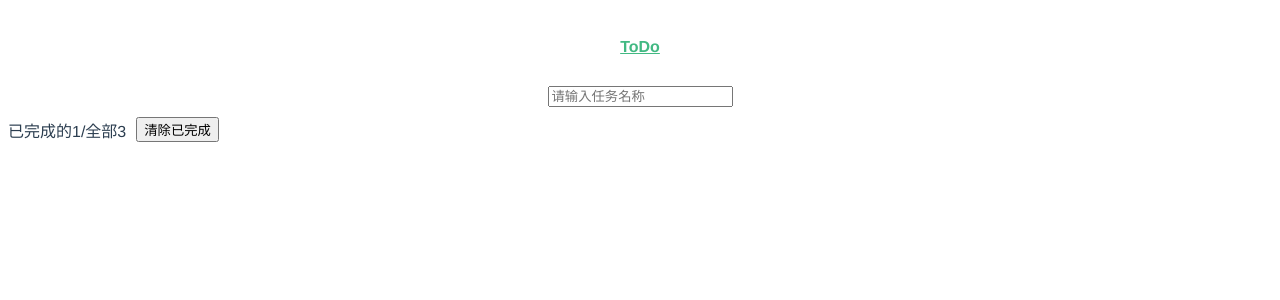
Repository: flyerwge/ToDo
Page: /
These files come from the project's save history. The page is drawn as it stood at one moment and after the next save; the edit follows.
The browser window is 1280 px wide. The pictures show the whole page.
The project was rebuilt for these pictures with package versions that can differ from the ones it lists, and the page was loaded fresh each time. Also part of the build but not shown: vue.config.js.

Above is the page before, as saved 2021-03-13 16:02:14.

After the next save:
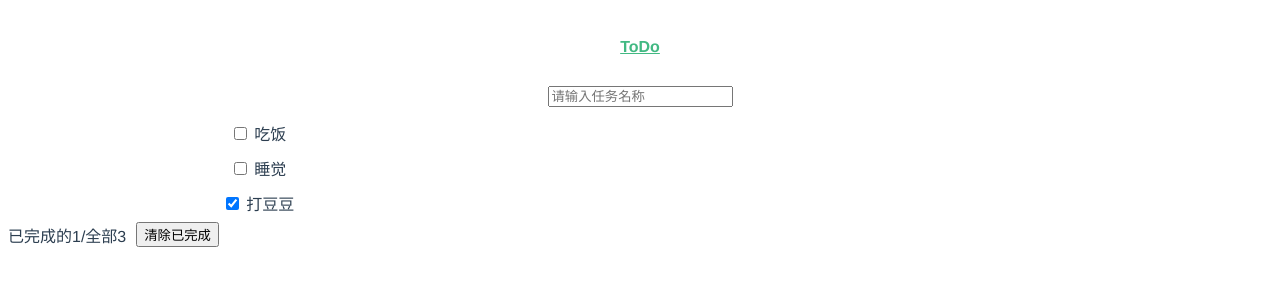
Saved 2 min 18 s later.
--- a/src/components/navMain/NavMain.vue
+++ b/src/components/navMain/NavMain.vue
@@ -14,8 +14,10 @@ import { defineComponent, ref } from "vue";
 export default defineComponent({
   name: "navMain",
   props: {
-    type: Array,
-    required: true,
+    list: {
+      type: Array,
+      required: true,
+    },
   },
   setup() {
     //删除任务
